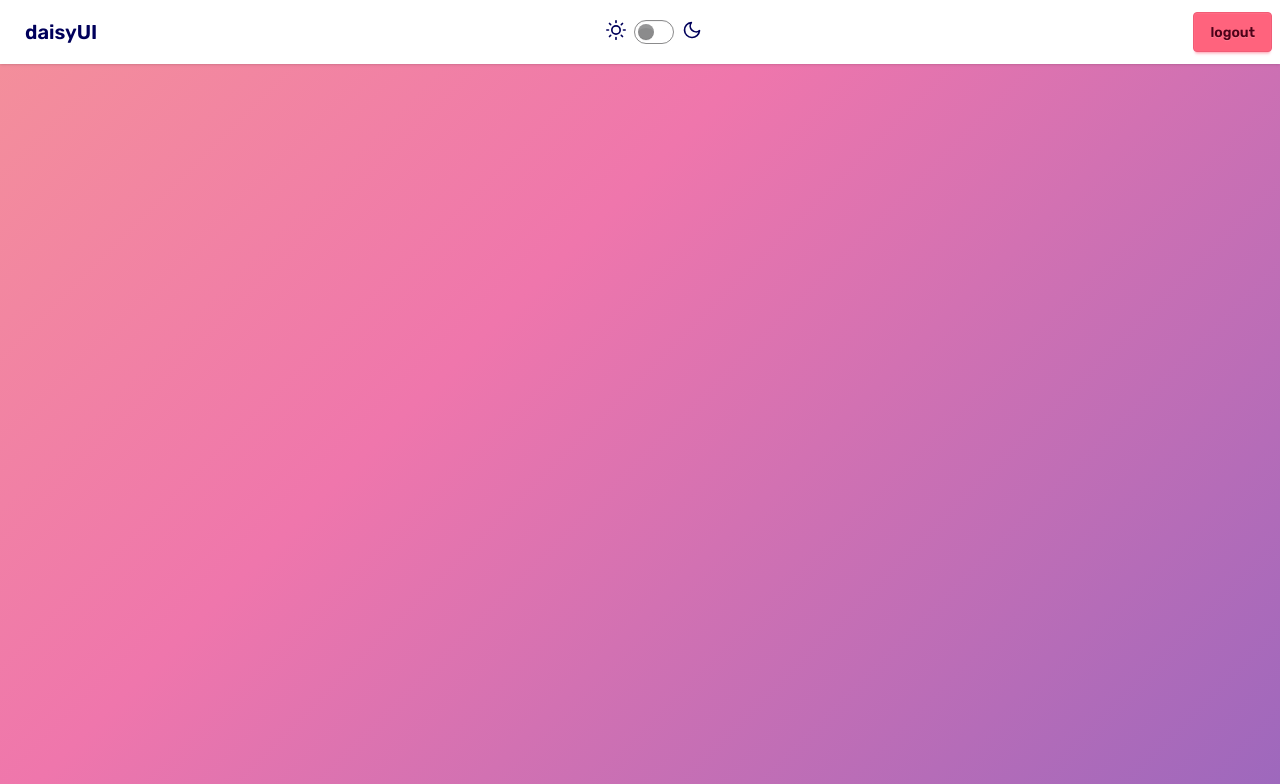
Repository: mariamnabil23/ToDo_App
Page: /
The author's editor kept a copy of each file at every save. The page is drawn from the files as they stood at one save, then again after a run of saves.
The browser window is 1280 px wide. The pictures show the whole page.
Some web fonts or font styles are not loaded; a fallback is used. The project was rebuilt for these pictures with package versions that can differ from the ones it lists, and the page was loaded fresh each time. Requests to the local data server were answered from the project's data file. Also part of the build but not shown: vite.config.js.

Above is the page before, as saved 2025-05-01 22:22:30.

After the next 3 saves:
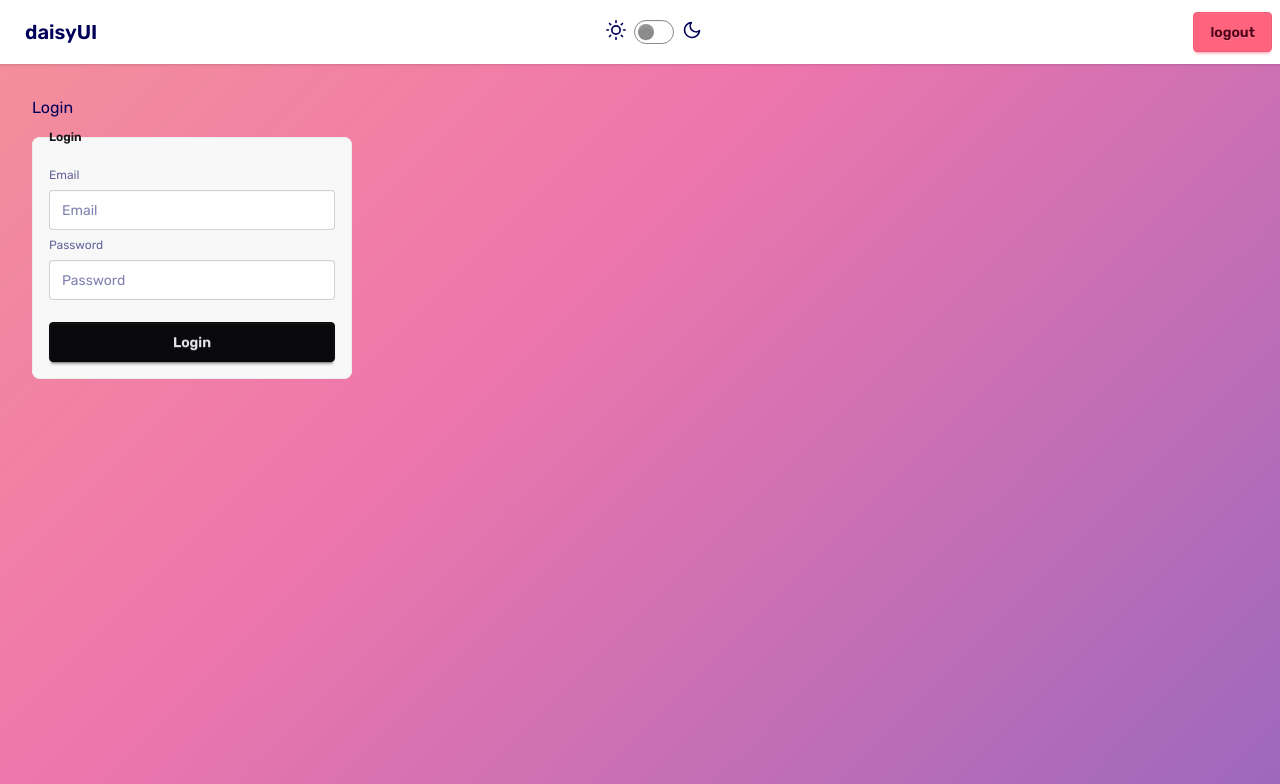
The 3 saves are shown as one change because they came seconds apart.
The last was saved 19 s later.
--- a/src/App.jsx
+++ b/src/App.jsx
@@ -2,6 +2,7 @@ import { useContext } from "react"
 import Navbar from "./components/Navbar"
 import { ThemeContext } from "./context/ThemeContext"
 import "./App.css"
+import Login from "./pages/Login";
 
 function App() {
 
@@ -11,6 +12,9 @@ function App() {
     <>
       <Navbar/>
       <div className={dark ? "app  darkMood" : "app  lightMood"}  >
+
+        <Login/>
+
       </div>
     </>
   )
